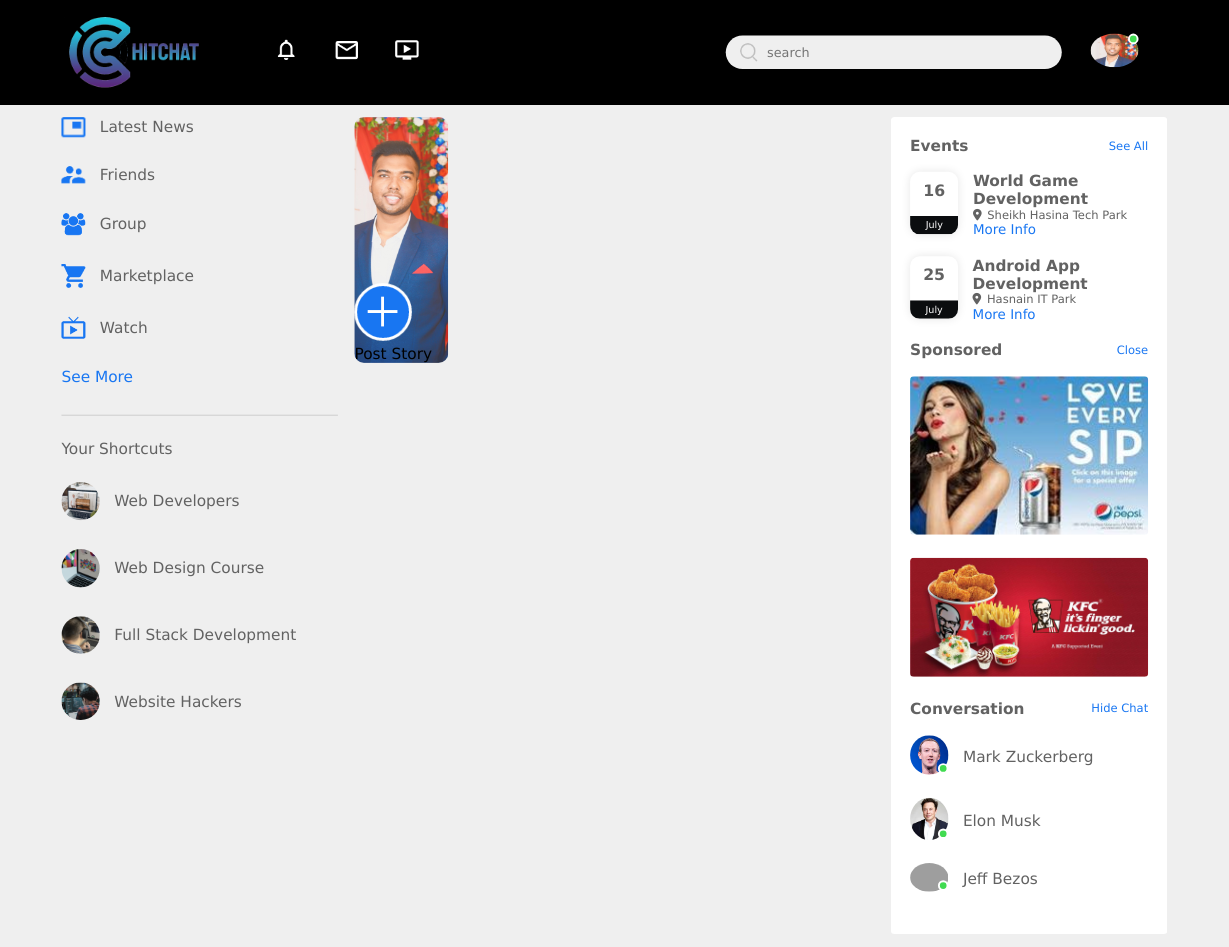
Repository: omarhasnain/ChitChat
Page: index.html
These files come from the project's save history. The page is drawn as it stood at one moment and after the next save; the edit follows.
The browser window is 1280 px wide. The pictures show the whole page, at 96% of full size.
Pictures or frames that could not be fetched are drawn as grey boxes. Some web libraries are served in a nearby version.

Above is the page before, as saved 2021-07-12 23:03:37.

After the next save:
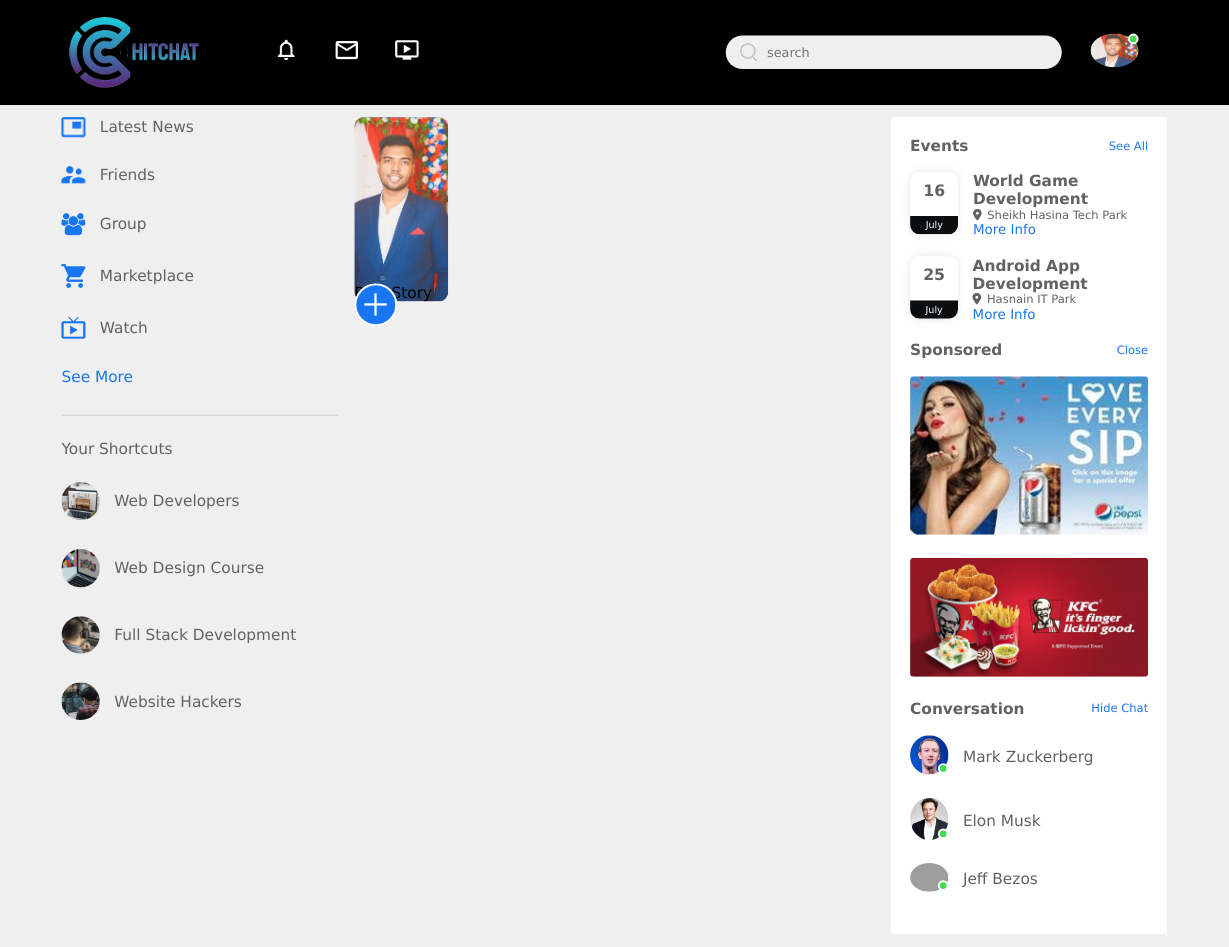
Saved 61 s later.
--- a/style.css
+++ b/style.css
@@ -261,3 +261,9 @@
     background-size: cover;
     border-radius: 10px;
 }
+
+.story img {
+    position: absolute;
+    width: 45px;
+    border-radius: 50%;
+}
